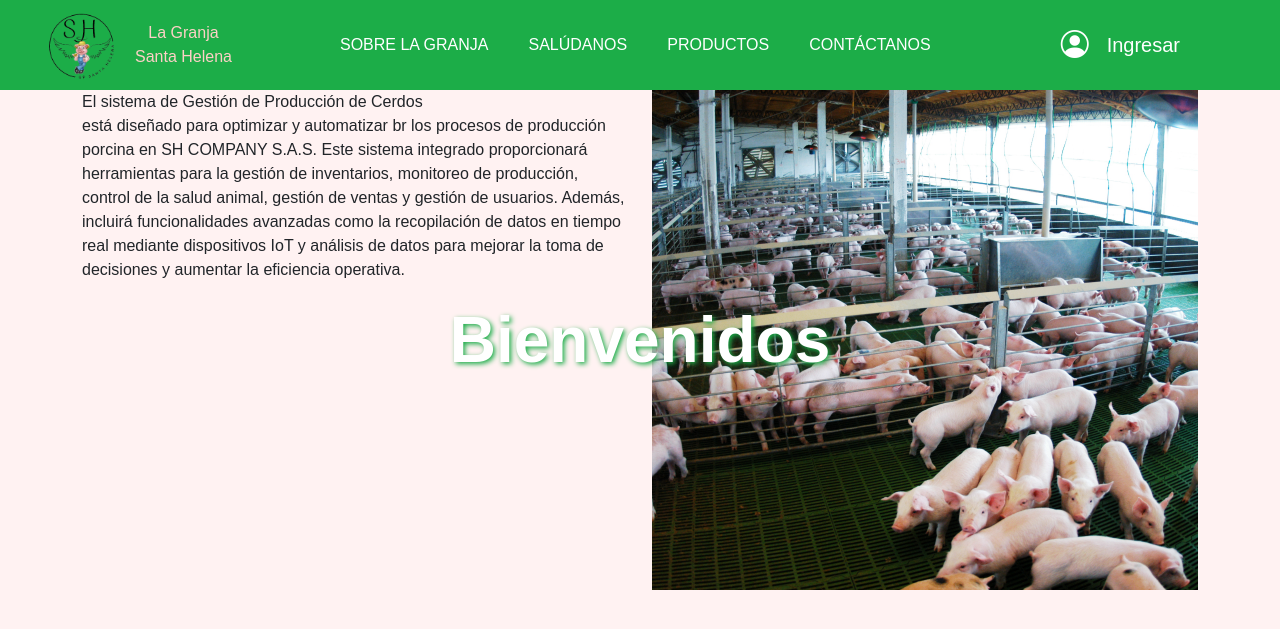
Repository: Mateojimenezz/Granja-Santa-Helena
Page: paginaDeInicio.html
These files come from the project's save history. The page is drawn as it stood at one moment and after a run of saves; the edit follows.
The browser window is 1280 px wide. The pictures show the whole page.
Some web fonts or font styles are not loaded; a fallback is used.

Above is the page before, as saved 2025-03-29 16:35:14.

After the next 3 saves:
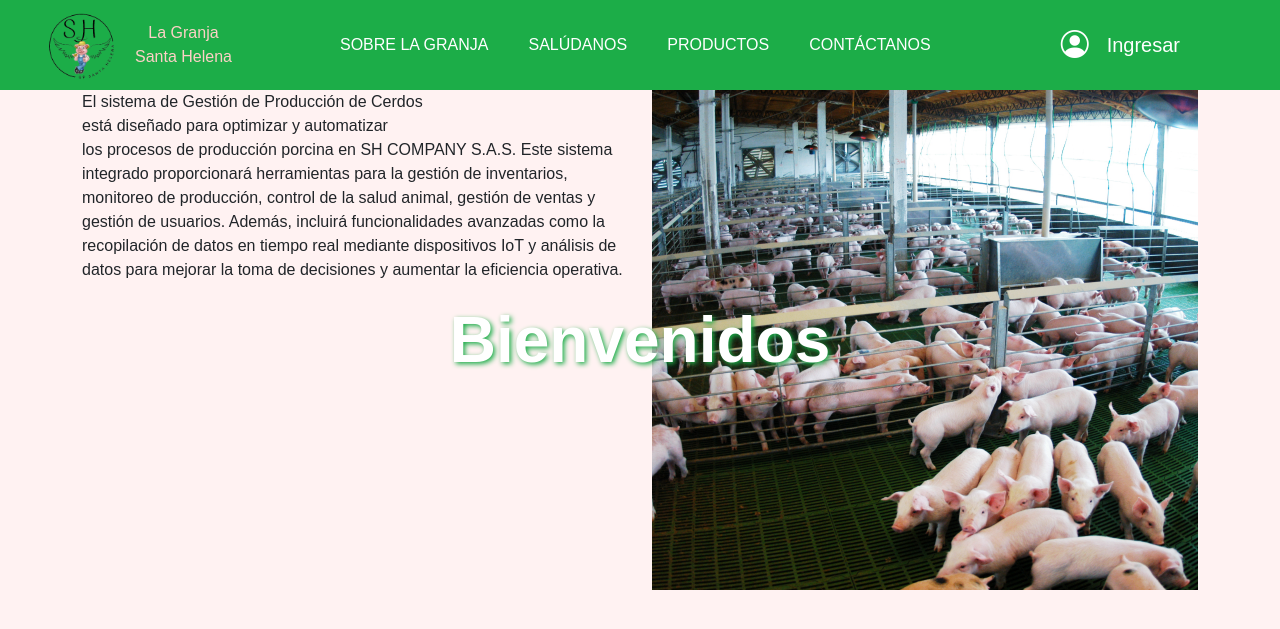
The 3 saves are shown as one change because they came seconds apart.
The last was saved 10 s later.
--- a/paginaDeInicio.html
+++ b/paginaDeInicio.html
@@ -48,7 +48,7 @@
         <article class="col-12 col-lg-6">
             <h1 class="titulo1 position-absolute ">Bienvenidos</h1>
             <p>
-                El sistema de Gestión de Producción de Cerdos <br> está diseñado para optimizar y automatizar br los procesos de producción  porcina en SH COMPANY S.A.S. Este sistema integrado proporcionará herramientas para la gestión de inventarios, monitoreo de producción, control de la salud animal, gestión de ventas y gestión de usuarios. Además, incluirá funcionalidades avanzadas como la recopilación de datos en tiempo real mediante dispositivos IoT y análisis de datos para mejorar la toma de decisiones y aumentar la eficiencia operativa.
+                El sistema de Gestión de Producción de Cerdos <br> está diseñado para optimizar y automatizar <br> los procesos de producción  porcina en SH COMPANY S.A.S. Este sistema integrado proporcionará herramientas para la gestión de inventarios, monitoreo de producción, control de la salud animal, gestión de ventas y gestión de usuarios. Además, incluirá funcionalidades avanzadas como la recopilación de datos en tiempo real mediante dispositivos IoT y análisis de datos para mejorar la toma de decisiones y aumentar la eficiencia operativa.
 
             </p>
 
